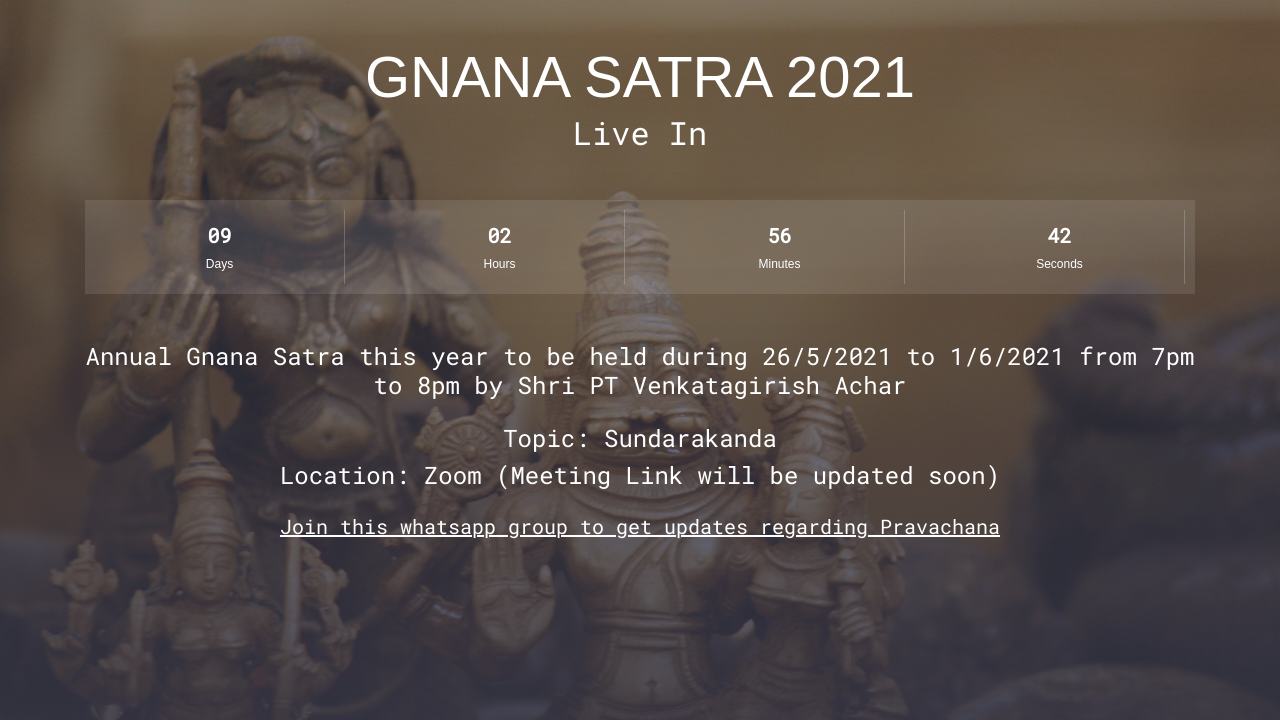
Repository: anirudhbichal/gs
Page: /
An editor plug-in stored every save of this project. The page is shown before and after the next save, followed by the edit.
The browser window is 1280 px wide. The pictures show the whole page.
Some web fonts or font styles are not loaded; a fallback is used. The project was rebuilt for these pictures with package versions that can differ from the ones it lists, and the page was loaded fresh each time.

Above is the page before, as saved 2021-05-17 23:01:32.

### public/index.html
<!DOCTYPE html>
<html lang="en">
  <head>
    <meta charset="utf-8" />
    <link rel="icon" href="%PUBLIC_URL%/om_col.svg" />
    <meta name="viewport" content="width=device-width, initial-scale=1" />
    <meta name="theme-color" content="#000000" />
    <meta
      name="description"
      content="Gnana Satra Website Develop"
    />
    <link rel="apple-touch-icon" href="%PUBLIC_URL%/om_col.svg" />
    <!--
      manifest.json provides metadata used when your web app is installed on a
      user's mobile device or desktop. See https://developers.google.com/web/fundamentals/web-app-manifest/
    -->
    <link rel="manifest" href="%PUBLIC_URL%/manifest.json" />
    <!--
      Notice the use of %PUBLIC_URL% in the tags above.
      It will be replaced with the URL of the `public` folder during the build.
      Only files inside the `public` folder can be referenced from the HTML.

      Unlike "/favicon.ico" or "favicon.ico", "%PUBLIC_URL%/favicon.ico" will
      work correctly both with client-side routing and a non-root public URL.
      Learn how to configure a non-root public URL by running `npm run build`.
    -->
    <title>Gnana Satra</title>
  </head>
  <body>
    <noscript>You need to enable JavaScript to run this app.</noscript>
    <div id="root"></div>
    <!--
      This HTML file is a template.
      If you open it directly in the browser, you will see an empty page.

      You can add webfonts, meta tags, or analytics to this file.
      The build step will place the bundled scripts into the <body> tag.

      To begin the development, run `npm start` or `yarn start`.
      To create a production bundle, use `npm run build` or `yarn build`.
    -->
  </body>
</html>

### src/App.js
import 'bootstrap/dist/css/bootstrap.min.css';
import './App.css';
import Container from 'react-bootstrap/Container';
import Timer from "./components/countdown/Timer";

function App() {
  return (
    <div className="App">
      <Container className="my-5">
        <h1>
          Gnana Satra 2021
        </h1>
        <h2 className="mb-5">Live In</h2>
        <Timer />
        <h4 className="mt-5">
          Annual Gnana Satra this year to be held during 26/5/2021 to 1/6/2021 from 7pm to 8pm by Shri PT Venkatagirish Achar
        </h4>
        <h4 className="mt-4">
          Topic: Sundarakanda
        </h4>
        <h4>
          Location: Zoom (Meeting Link will be updated soon)
        </h4>

        <h5 className="mt-4 group-link">
          <a href="https://chat.whatsapp.com/Bpkp3Sle3405H2w5DgFScy" target="_blank">Join this whatsapp group to get updates regarding Pravachana </a>
        </h5>
      </Container>
    </div>
  );
}

export default App;

### src/App.css
@import url("https://fonts.googleapis.com/css?family=Roboto+Mono&display=swap");
@import url('https://fonts.cdnfonts.com/css/samarkan');

body {
  color: #fff;
  font-family: "Roboto Mono", sans-serif;
  background-image: url('gs-bg.jpg');
  background-repeat: no-repeat;
  background-size: cover;
  background-position: top top;
  background-attachment: fixed;
  margin: 0;
}

.App {
  position: fixed;
  top: 0;
  left: 0;
  right: 0;
  bottom: 0;
  text-align: center;
  background: rgb(55, 55, 70);
  background: linear-gradient(
    0deg,
    rgba(55, 55, 70, 0.9) 0%,
    rgba(55, 55, 70, 0.7) 50%,
    rgba(55, 55, 70, 0.6) 100%
  );
}

h1 {
  font-family: 'Samarkan', sans-serif;
  font-size: 58px;
  text-transform: uppercase;
  line-height: 1;
}

.group-link a,.group-link a:hover, .group-link a:visited {
  color: #fff;
  text-decoration: underline;
}

### src/components/countdown/Timer.js
import React, { Component } from "react";
// import moment from 'moment';
import Container from 'react-bootstrap/Container';
import Row from 'react-bootstrap/Row';
import Col from 'react-bootstrap/Col';
import "./Timer.css";

class CountDown extends Component {
  constructor(props) {
    super(props);
    this.count = this.count.bind(this);
    this.state = {
      days: 0,
      minutes: 0,
      hours: 0,
      secounds: 0,
      time_up: ""
    };
    this.x = null;
    this.deadline = null;
  }
  count() {
    var now = new Date().getTime();
    var t = this.deadline - now;
    var dd = Math.floor(t / (1000 * 60 * 60 * 24));
    var hh = Math.floor((t % (1000 * 60 * 60 * 24)) / (1000 * 60 * 60));
    var mm = Math.floor((t % (1000 * 60 * 60)) / (1000 * 60));
    var ss = Math.floor((t % (1000 * 60)) / 1000);

    var days = dd < 10 ? "0" + dd : dd;
    var hours = hh < 10 ? "0" + hh : hh;
    var minutes = mm < 10 ? "0" + mm : mm;
    var seconds = ss < 10 ? "0" + ss : ss;

    this.setState({ days, minutes, hours, seconds });

    if (t < 0) {
      clearInterval(this.x);
      this.setState({
        days: 0,
        minutes: 0,
        hours: 0,
        seconds: 0,
        time_up: "TIME IS UP"
      });
    }
  }
  componentDidMount() {
    this.deadline = new Date("May 26, 2021 19:00:00").getTime();

    this.x = setInterval(this.count, 1000);
  }

  render() {
    const { days, seconds, hours, minutes } = this.state;
    return (
      <Container id="countdown">
        <Row>
            <Col>
                <div className="box">
                    <p id="day">{days}</p>
                    <span className="text">Days</span>
                </div>
            </Col>
            <Col>
                <div className="box">
                    <p id="hour">{hours}</p>
                    <span className="text">Hours</span>
                </div>
            </Col>
            <Col>
                <div className="box">
                    <p id="minute">{minutes}</p>
                    <span className="text">Minutes</span>
                </div>
            </Col>
            <Col>
                <div className="box">
                    <p id="second">{seconds}</p>
                    <span className="text">Seconds</span>
                </div>
            </Col>
        </Row>
      </Container>
    );
  }
}

export default CountDown;

### src/components/countdown/Timer.css
#countdown {
    padding: 10px;
    background-color: rgba(255, 255, 255, 0.1);
    display: inline-block;
    text-align: center;
    margin: auto;
  }
  #countdown .box {
    padding: 10px;
    border-right: solid 1px rgba(255, 255, 255, 0.2);
  }
  #countdown .col-4:last-child .box {
    border-right-color: transparent;
  }
  #countdown .box p {
    font-size: 20px;
    font-weight: bold;
    margin: 0;
  }
  #countdown .box .text {
    font-size: 12px;
    font-family: sans-serif;
  }

Loaded but not shown: src/index.js (common file); src/index.css (common file); src/reportWebVitals.js (common file)

After the next save:
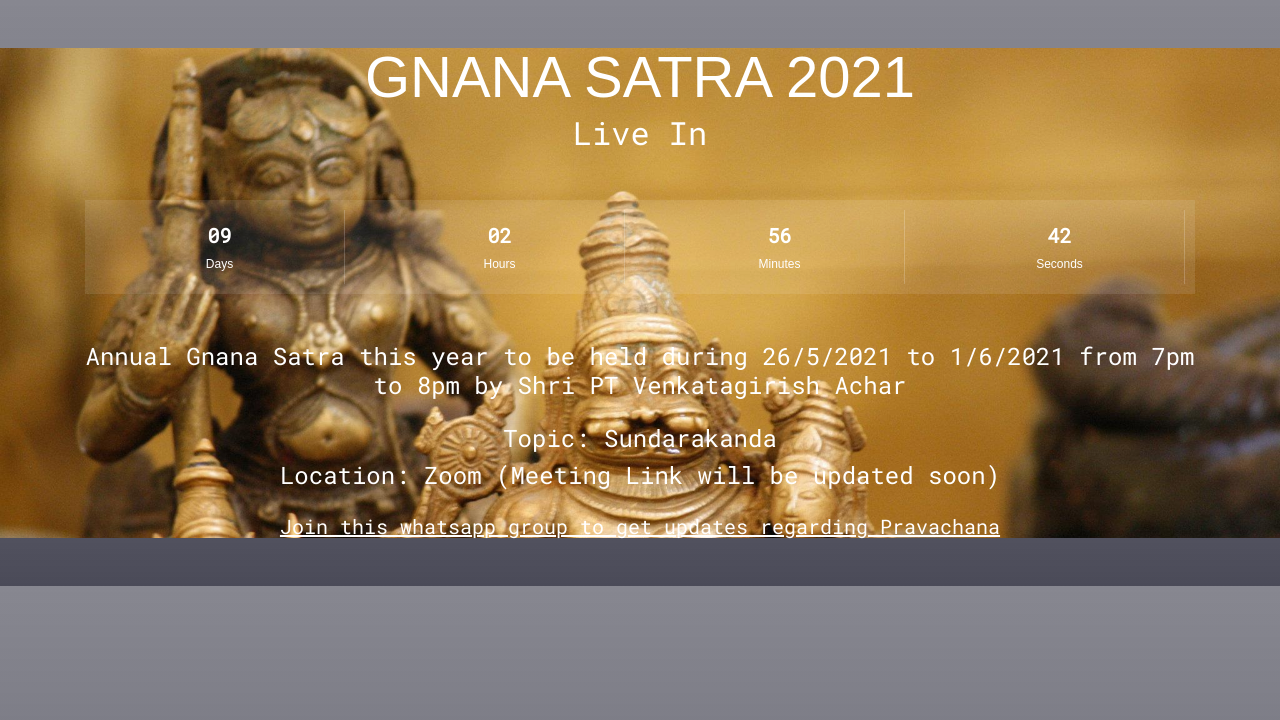
Saved 23 h 30 min later.
--- a/src/App.css
+++ b/src/App.css
@@ -4,21 +4,7 @@
 body {
   color: #fff;
   font-family: "Roboto Mono", sans-serif;
-  background-image: url('gs-bg.jpg');
-  background-repeat: no-repeat;
-  background-size: cover;
-  background-position: top top;
-  background-attachment: fixed;
   margin: 0;
-}
-
-.App {
-  position: fixed;
-  top: 0;
-  left: 0;
-  right: 0;
-  bottom: 0;
-  text-align: center;
   background: rgb(55, 55, 70);
   background: linear-gradient(
     0deg,
@@ -26,6 +12,16 @@ body {
     rgba(55, 55, 70, 0.7) 50%,
     rgba(55, 55, 70, 0.6) 100%
   );
+}
+
+.App {
+  background-image: url('gs-bg.jpg');
+  background-repeat: no-repeat;
+  background-size: cover;
+  background-position: top top;
+  background-attachment: fixed;
+  text-align: center;
+
 }
 
 h1 {
